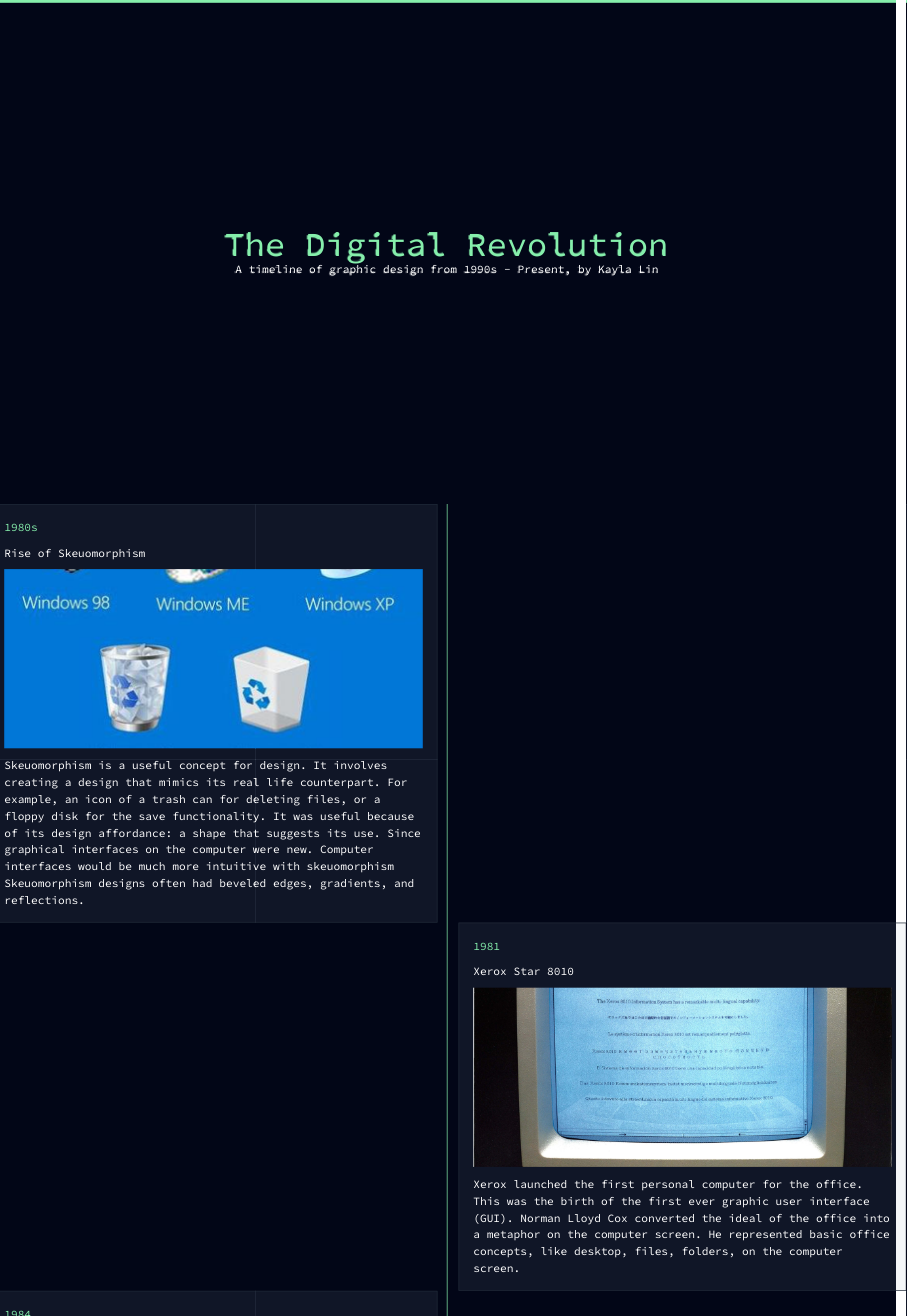
Repository: kayla-lin/graphic-design-timeline
Page: /
An editor plug-in stored every save of this project. The page is shown before and after the next save, followed by the edit.
The browser window is 1280 px wide. The page is 1295 px wide, then 1280 px, so the pictures cover 1295 px, including what lies to the right of the window. The pictures show the part of the page from y = 0 to 1880 px (the page is 13566 px tall before and 720 px after), at 70% of full size.
The project was rebuilt for these pictures with package versions that can differ from the ones it lists, and the page was loaded fresh each time. The framework's server and built-in components were replaced by stand-ins that run in the browser. Also part of the build but not shown: next.config.js.

Above is the page before, as saved 2023-05-01 21:16:27.

After the next save:
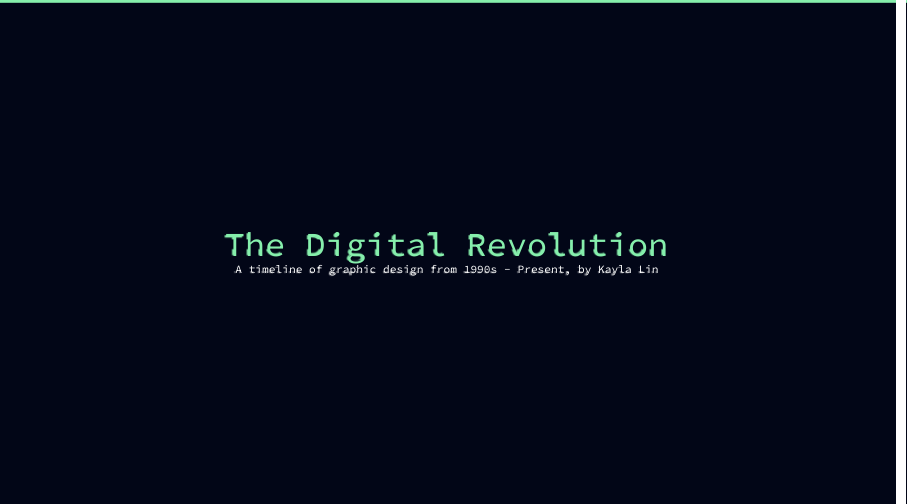
Saved 4 s later.
--- a/pages/components/Timeline/index.tsx
+++ b/pages/components/Timeline/index.tsx
@@ -21,7 +21,7 @@
   return (
     <section className="container mx-auto flex flex-col relative">
       <Line />
-      {mapped}
+      {/* {mapped} */}
     </section>
   );
 };
